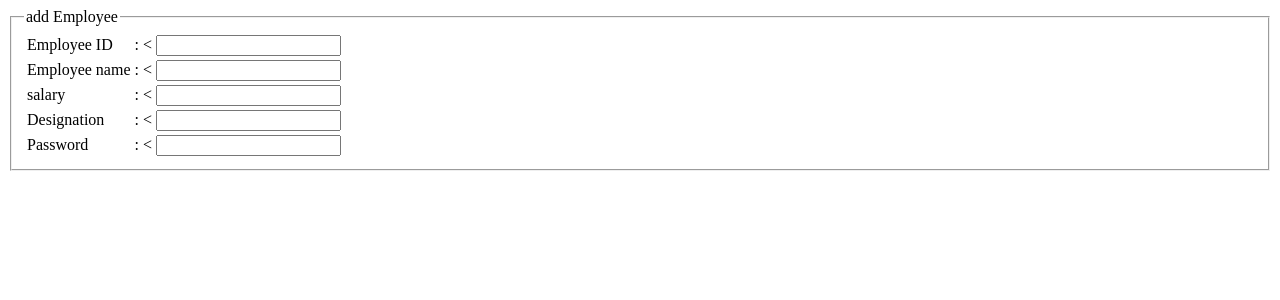
Repository: MamathaManchala/TY_CG_HTD_BangloreNovember_JFS_MamathaManchala
Page: BackEnd/servelets/mywebapp/src/main/webapp/addEmp.html
These files come from the project's save history. The page is drawn as it stood at one moment and after the next save; the edit follows.
The browser window is 1280 px wide. The pictures show the whole page.

Above is the page before, as saved 2019-12-17 09:45:37.

After the next save:
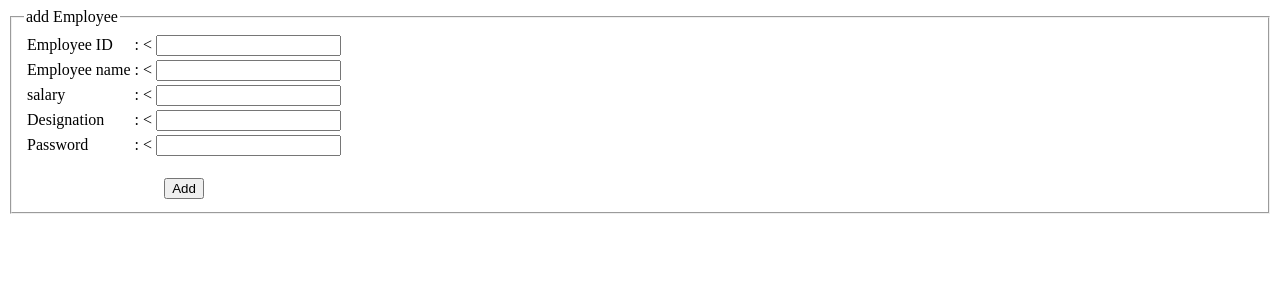
Saved 106 s later.
--- a/BackEnd/servelets/mywebapp/src/main/webapp/addEmp.html
+++ b/BackEnd/servelets/mywebapp/src/main/webapp/addEmp.html
@@ -41,8 +41,11 @@
 		<td><	<input type="number" name="empId" required>
 		</tr>
 
-
-
+		<tr>
+		<td colspan="3" align="center"><br>
+		<input type="submit" value="Add">
+		</td>
+		</tr>
 
 		</table>
 
